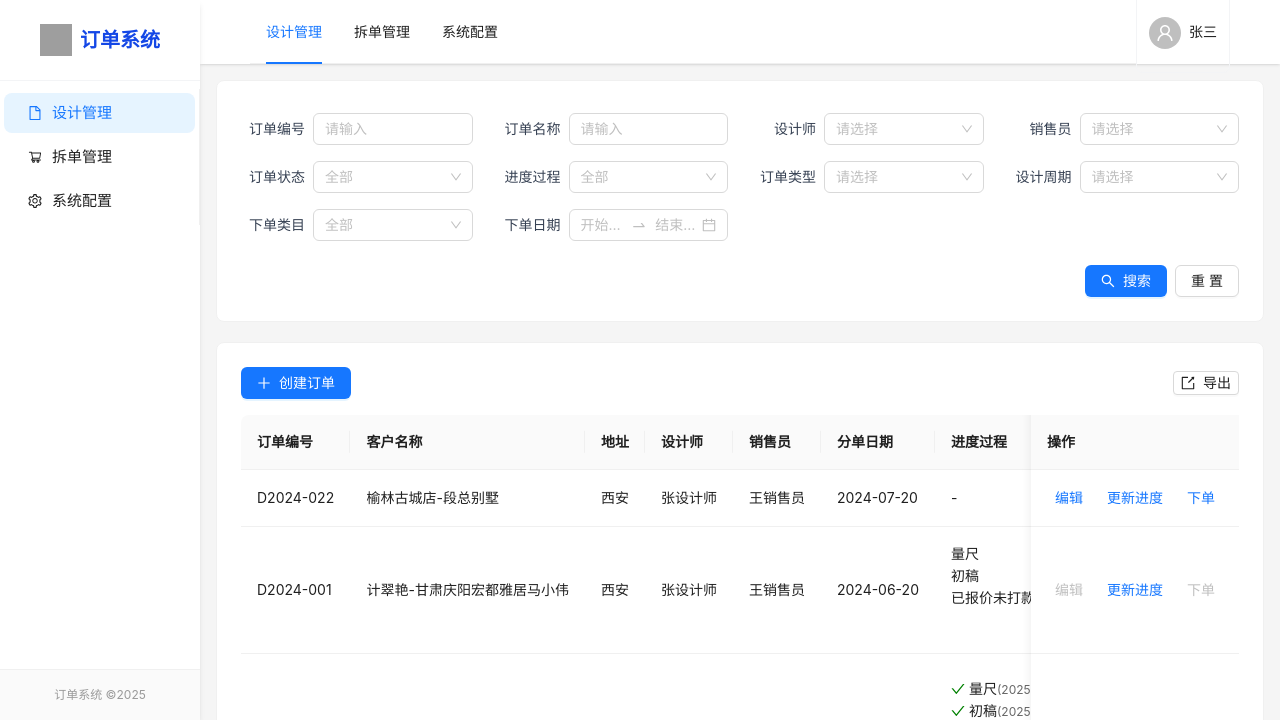
Repository: Garyxiwang/order_system
Page: /design (app in front/)
These files come from the project's save history. The page is drawn as it stood at one moment and after the next save; the edit follows.
The browser window is 1280 px wide. The pictures show the whole page.
Pictures or frames that could not be fetched are drawn as grey boxes. An inner scrolling area shows only its first screen. The project was rebuilt for these pictures with package versions that can differ from the ones it lists, and the page was loaded fresh each time. The framework's server and built-in components were replaced by stand-ins that run in the browser. Also part of the build but not shown: front/next.config.js, front/next.config.ts.

Above is the page before, as saved 2025-08-07 15:16:30.

### front/src/app/layout.tsx
import type { Metadata } from "next";
import { Geist, Geist_Mono } from "next/font/google";
import '@ant-design/v5-patch-for-react-19';
import "./globals.css";

const geistSans = Geist({
  variable: "--font-geist-sans",
  subsets: ["latin"],
});

const geistMono = Geist_Mono({
  variable: "--font-geist-mono",
  subsets: ["latin"],
});

export const metadata: Metadata = {
  title: "订单系统",
  description: "基于Next.js、TypeScript和Ant Design构建的订单系统",
};

import AppLayout from '@/components/layout/AppLayout';

export default function RootLayout({
  children,
}: Readonly<{
  children: React.ReactNode;
}>) {
  return (
    <html lang="zh-CN">
      <body
        className={`${geistSans.variable} ${geistMono.variable} antialiased`}
      >
        <AppLayout>
          {children}
        </AppLayout>
      </body>
    </html>
  );
}

### front/src/app/design/page.tsx
"use client";

import React, { useState, useEffect } from "react";
import {
  Card,
  Table,
  Button,
  Space,
  Input,
  Select,
  Row,
  Col,
  Tag,
  message,
  Modal,
  DatePicker,
} from "antd";
import type { ColumnsType } from "antd/es/table";
import {
  SearchOutlined,
  PlusOutlined,
  ExportOutlined,
  CheckOutlined,
} from "@ant-design/icons";
import CreateOrderModal from "./createOrderModal";
import UpdateProgressModal from "./updateProgressModal";
import ProgressDetailModal from "./progressDetailModal";
import {
  getDesignOrders,
  createDesignOrder,
  updateDesignOrder,
  type DesignOrder,
} from "../../services/designApi";

const { Option } = Select;
const { RangePicker } = DatePicker;

const DesignPage: React.FC = () => {
  const [isModalVisible, setIsModalVisible] = useState(false);
  const [editingRecord, setEditingRecord] = useState<DesignOrder | null>(null);
  const [isProgressModalVisible, setIsProgressModalVisible] = useState(false);
  const [selectedOrderNumber, setSelectedOrderNumber] = useState<string>("");
  const [selectedOrderName, setSelectedOrderName] = useState<string>("");
  const [isDetailModalVisible, setIsDetailModalVisible] = useState(false);
  const [selectedProgressData, setSelectedProgressData] = useState<string[]>(
    []
  );
  const [designData, setDesignData] = useState<DesignOrder[]>([]);
  const [loading, setLoading] = useState(false);

  const showModal = () => {
    setEditingRecord(null);
    setIsModalVisible(true);
  };

  const showEditModal = (record: DesignOrder) => {
    console.log("record", record);
    setEditingRecord(record);
    setIsModalVisible(true);
  };

  // 处理下单操作
  const handlePlaceOrder = (record: DesignOrder) => {
    Modal.confirm({
      title: "确认下单",
      content: `确定要为订单 ${record.orderNumber} 下单吗？`,
      okText: "确认",
      cancelText: "取消",
      onOk: async () => {
        try {
          setLoading(true);
          const response = await updateDesignOrder(record.orderNumber, {
            ...record,
            state: "已下单",
          });

          if (response.code === 200) {
            message.success("下单成功");
            await loadDesignData(); // 重新加载数据
          } else {
            message.error(response.message || "下单失败");
          }
        } catch (error) {
          message.error("下单失败，请稍后重试");
          console.error("下单失败:", error);
        } finally {
          setLoading(false);
        }
      },
    });
  };

  // 显示更新进度弹窗
  const showProgressModal = (record: DesignOrder) => {
    setSelectedOrderNumber(record.orderNumber);
    setSelectedOrderName(record.customerName || "");
    setIsProgressModalVisible(true);
  };

  // 关闭更新进度弹窗
  const handleProgressModalCancel = () => {
    setIsProgressModalVisible(false);
    setSelectedOrderNumber("");
  };

  // 显示进度详情弹窗
  const showDetailModal = (record: DesignOrder) => {
    setSelectedOrderNumber(record.orderNumber);
    setSelectedOrderName(record.customerName || "");
    setSelectedProgressData(record.progress ? record.progress.split(",") : []);
    setIsDetailModalVisible(true);
  };

  // 关闭进度详情弹窗
  const handleDetailModalCancel = () => {
    setIsDetailModalVisible(false);
    setSelectedOrderNumber("");
    setSelectedOrderName("");
    setSelectedProgressData([]);
  };

  const handleOk = async (values: {
    orderNumber: string;
    customerName: string;
    orderAddress: string;
    orderType: string;
    designer: string;
    salesperson: string;
    categories: string[];
    splitDate?: string;
    orderStatus: string;
    progressDetail: string;
    remark?: string;
    finishTime?: string;
  }) => {
    try {
      setLoading(true);

      if (editingRecord) {
        // 编辑模式
        const response = await updateDesignOrder(editingRecord.orderNumber, {
          customerName: values.customerName,
          address: values.orderAddress,
          designer: values.designer,
          salesperson: values.salesperson,
          splitTime: values.splitDate || "",
          category: values.categories.join(","),
          orderType: values.orderType,
          remark: values.remark || "",
        });

        if (response.code === 200) {
          message.success("更新成功");
        } else {
          message.error(response.message || "更新失败");
          return;
        }
      } else {
        // 新增模式
        const response = await createDesignOrder({
          customerName: values.customerName,
          address: values.orderAddress,
          designer: values.designer,
          salesperson: values.salesperson,
          splitTime: values.splitDate || "",
          progress: "",
          category: values.categories.join(","),
          cycle: "0",
          state: "未下单",
          orderType: values.orderType,
          remark: values.remark || "",
        });

        if (response.code === 200) {
          message.success("创建成功");
        } else {
          message.error(response.message || "创建失败");
          return;
        }
      }

      // 重新加载数据
      await loadDesignData();
      setIsModalVisible(false);
      setEditingRecord(null);
    } catch (error) {
      message.error("操作失败，请稍后重试");
      console.error("操作失败:", error);
    } finally {
      setLoading(false);
    }
  };

  const handleCancel = () => {
    setIsModalVisible(false);
    setEditingRecord(null);
  };

  // 加载设计订单数据
  const loadDesignData = async () => {
    try {
      setLoading(true);
      const response = await getDesignOrders();
      if (response.code === 200) {
        setDesignData(response.data);
      } else {
        message.error(response.message || "获取数据失败");
      }
    } catch (error) {
      message.error("获取数据失败，请稍后重试");
      console.error("获取数据失败:", error);
    } finally {
      setLoading(false);
    }
  };

  // 组件挂载时加载数据
  useEffect(() => {
    loadDesignData();
  }, []);

  const columns: ColumnsType<DesignOrder> = [
    {
      title: "订单编号",
      dataIndex: "orderNumber",
      key: "orderNumber",
    },
    {
      title: "客户名称",
      dataIndex: "customerName",
      key: "customerName",
    },
    {
      title: "地址",
      dataIndex: "address",
      key: "customerName",
    },
    {
      title: "设计师",
      dataIndex: "designer",
      key: "designer",
    },
    {
      title: "销售员",
      dataIndex: "salesperson",
      key: "salesperson",
    },
    {
      title: "分单日期",
      dataIndex: "splitTime",
      key: "splitTime",
    },
    {
      title: "进度过程",
      dataIndex: "progress",
      key: "progress",
      width: 200,
      render: (text: string, record: DesignOrder) => {
        if (!text) return "-";
        const items = text
          .split(",")
          .map((item) => item.trim())
          .filter((item) => item);

        const displayItems = items;

        // 解析进度项目，分离状态和时间
        const parseProgressItem = (item: string) => {
          if (item.includes(":")) {
            const [status, time] = item.split(":");
            return { status: status.trim(), time: time.trim() };
          }
          return { status: item, time: null };
        };

        return (
          <div>
            {displayItems.slice(0, 3).map((item, itemIndex) => {
              const { status, time } = parseProgressItem(item);

              return (
                <div key={itemIndex}>
                  {time ? (
                    <span>
                      <CheckOutlined
                        style={{ color: "green", marginRight: "4px" }}
                      />
                      {status}
                      <span style={{ fontSize: "12px", color: "#666" }}>
                        ({time})
                      </span>
                    </span>
                  ) : (
                    <span>{status}</span>
                  )}
                </div>
              );
            })}
            {displayItems.length >= 3 && (
              <div style={{ textAlign: "right", marginTop: "4px" }}>
                <Button
                  type="link"
                  size="small"
                  onClick={() => showDetailModal(record)}
                  style={{ padding: "0 4px", fontSize: "12px" }}
                >
                  详情
                </Button>
              </div>
            )}
          </div>
        );
      },
    },
    {
      title: "下单类目",
      dataIndex: "category",
      key: "category",
    },
    {
      title: "设计周期",
      dataIndex: "cycle",
      key: "cycle",
      render: (text: string) => {
        if (!text) return "-";

        // 提取数字部分
        const match = text.match(/(\d+)/);
        const days = match ? parseInt(match[1]) : 0;

        let color = "#000"; // 默认黑色
        if (days > 50) {
          color = "#ff4d4f"; // 红色 - 大于50天
        } else if (days > 20) {
          color = "#faad14"; // 橙色 - 大于20天
        }

        return <span style={{ color }}>{text} 天</span>;
      },
    },
    {
      title: "订单状态",
      dataIndex: "state",
      key: "state",
      render: (text: string) => {
        if (text === "已下单") {
          return <Tag color="green">{text}</Tag>;
        }
        return text;
      },
    },
    {
      title: "下单日期",
      dataIndex: "finishTime",
      key: "finishTime",
      render: (text: string) => <div>{text || "-"}</div>,
    },
    {
      title: "订单类型",
      dataIndex: "orderType",
      key: "orderType",
    },
    {
      title: "备注",
      dataIndex: "remark",
      key: "remark",
      render: (text: string) => (
        <div
          style={{
            maxWidth: "150px",
            wordWrap: "break-word",
            whiteSpace: "pre-wrap",
          }}
        >
          {text || "-"}
        </div>
      ),
    },
    {
      title: "操作",
      key: "action",
      fixed: "right",
      render: (_: unknown, record: DesignOrder) => (
        <Space>
          <Button
            type="link"
            size="small"
            onClick={() => showEditModal(record)}
            disabled={record.state === "已下单"}
          >
            编辑
          </Button>

          <Button
            type="link"
            size="small"
            onClick={() => showProgressModal(record)}
          >
            更新进度
          </Button>
          <Button
            type="link"
            size="small"
            disabled={record.state === "已下单"}
            onClick={() => handlePlaceOrder(record)}
          >
            下单
          </Button>
        </Space>
      ),
    },
  ];

  return (
    <div className="space-y-6">
      {/* 搜索Card */}
      <Card variant="outlined" style={{ marginBottom: 20 }}>
        <Row gutter={24}>
          <Col span={6} className="py-2">
            <div className="flex items-center gap-2">
              <label className="whitespace-nowrap text-sm font-medium text-gray-700 min-w-16 text-right">
                订单编号
              </label>
              <Input
                placeholder="请输入"
                className="rounded-md border-gray-200 flex-1"
                size="middle"
                allowClear
              />
            </div>
          </Col>
          <Col span={6} className="py-2">
            <div className="flex items-center gap-2">
              <label className="whitespace-nowrap text-sm font-medium text-gray-700 min-w-16 text-right">
                订单名称
              </label>
              <Input
                placeholder="请输入"
                className="rounded-md border-gray-200 flex-1"
                size="middle"
                allowClear
              />
            </div>
          </Col>

          <Col span={6} className="py-2">
            <div className="flex items-center gap-2">
              <label className="whitespace-nowrap text-sm font-medium text-gray-700 min-w-16 text-right">
                设计师
              </label>
              <Select
                placeholder="请选择"
                className="rounded-md flex-1"
                size="middle"
                allowClear
              >
                <Option value="designer1">设计师1</Option>
                <Option value="designer2">设计师2</Option>
              </Select>
            </div>
          </Col>
          <Col span={6} className="py-2">
            <div className="flex items-center gap-2">
              <label className="whitespace-nowrap text-sm font-medium text-gray-700 min-w-16 text-right">
                销售员
              </label>
              <Select
                placeholder="请选择"
                className="rounded-md flex-1"
                size="middle"
                allowClear
              >
                <Option value="1">销售员1</Option>
                <Option value="2">销售员2</Option>
                <Option value="3">销售员3</Option>
              </Select>
            </div>
          </Col>
          <Col span={6} className="py-2">
            <div className="flex items-center gap-2">
              <label className="whitespace-nowrap text-sm font-medium text-gray-700 min-w-16 text-right">
                订单状态
              </label>
              <Select
                placeholder="全部"
                className="rounded-md flex-1"
                size="middle"
                allowClear
              >
                <Option value="进行中">进行中</Option>
                <Option value="延期">延期</Option>
                <Option value="暂停">暂停</Option>
                <Option value="已完成">已完成</Option>
                <Option value="等硬装">等硬装</Option>
                <Option value="客户待打款">客户待打款</Option>
                <Option value="待客户确认">待客户确认</Option>
                <Option value="其他">其他</Option>
              </Select>
            </div>
          </Col>
          <Col span={6} className="py-2">
            <div className="flex items-center gap-2">
              <label className="whitespace-nowrap text-sm font-medium text-gray-700 min-w-16 text-right">
                进度过程
              </label>
              <Select
                placeholder="全部"
                className="rounded-md flex-1"
                size="middle"
                allowClear
              >
                <Option value="量尺">量尺</Option>
                <Option value="初稿">初稿</Option>
                <Option value="已报价未打款">已报价未打款</Option>
                <Option value="已打款">已打款</Option>
                <Option value="已下单">已下单</Option>
                <Option value="其他">其他</Option>
              </Select>
            </div>
          </Col>
          <Col span={6} className="py-2">
            <div className="flex items-center gap-2">
              <label className="whitespace-nowrap text-sm font-medium text-gray-700 min-w-16 text-right">
                订单类型
              </label>
              <Select
                placeholder="请选择"
                className="rounded-md flex-1"
                size="middle"
                allowClear
              >
                <Option value="design">设计单</Option>
                <Option value="development">经销商订单</Option>
              </Select>
            </div>
          </Col>
          <Col span={6} className="py-2">
            <div className="flex items-center gap-2">
              <label className="whitespace-nowrap text-sm font-medium text-gray-700 min-w-16 text-right">
                设计周期
              </label>
              <Select
                placeholder="请选择"
                className="rounded-md flex-1"
                size="middle"
                allowClear
              >
                <Option value="小于20天">小于20天</Option>
                <Option value="大于20天">大于20天</Option>
                <Option value="大于50天">大于50天</Option>
              </Select>
            </div>
          </Col>
        </Row>

        <Row gutter={24}>
          <Col span={6} className="py-2">
            <div className="flex items-center gap-2">
              <label className="whitespace-nowrap text-sm font-medium text-gray-700 min-w-16 text-right">
                下单类目
              </label>
              <Select
                placeholder="全部"
                className="rounded-md flex-1"
                size="middle"
                allowClear
              >
                <Option value="designing">木门</Option>
                <Option value="reviewing">柜体</Option>
                <Option value="completed">石材</Option>
                <Option value="completed">板材</Option>
                <Option value="completed">铝合金门</Option>
              </Select>
            </div>
          </Col>
          <Col span={6} className="py-2">
            <div className="flex items-center gap-2">
              <label className="whitespace-nowrap text-sm font-medium text-gray-700 min-w-16 text-right">
                下单日期
              </label>
              <RangePicker
                placeholder={["开始日期", "结束日期"]}
                className="rounded-md flex-1"
                size="middle"
                allowClear
              />
            </div>
          </Col>
        </Row>

        <Row className="mt-4">
          <Col span={24} className="text-right">
            <Space>
              <Button
                type="primary"
                icon={<SearchOutlined />}
                size="middle"
                className="bg-blue-600 hover:bg-blue-700"
              >
                搜索
              </Button>
              <Button
                size="middle"
                className="border-gray-300 hover:border-blue-500"
              >
                重置
              </Button>
            </Space>
          </Col>
        </Row>
      </Card>

      {/* 内容Card */}
      <Card variant="outlined">
        {/* 新增按钮 */}
        <div className="flex justify-between items-center mb-4">
          <Button
            type="primary"
            icon={<PlusOutlined />}
            className="bg-blue-600 hover:bg-blue-700"
            onClick={showModal}
          >
            创建订单
          </Button>
          <Button
            icon={<ExportOutlined />}
            size="small"
            className="border-gray-300 hover:border-blue-500"
          >
            导出
          </Button>
        </div>

        {/* 表格区域 */}
        <Table
          columns={columns}
          dataSource={designData}
          loading={loading}
          bordered={false}
          pagination={{ pageSize: 10 }}
          rowClassName="hover:bg-blue-50"
          rowKey={(record) => record.orderNumber}
          scroll={{ x: "max-content" }}
        />
      </Card>

      {/* 新增订单Modal */}
      <CreateOrderModal
        visible={isModalVisible}
        onOk={handleOk}
        onCancel={handleCancel}
        initialValues={
          editingRecord
            ? {
                orderNumber: editingRecord.orderNumber as string,
                customerName: editingRecord.customerName as string,
                orderAddress: editingRecord.address as string,
                orderType: editingRecord.orderType as string,
                designer: editingRecord.designer as string,
                salesperson: editingRecord.salesperson as string,
                splitDate: editingRecord.splitTime as string,
                orderStatus: editingRecord.state as string,
                categories:
                  (editingRecord.category as string)?.split(",") || [],
                remark: editingRecord.remark as string,
              }
            : undefined
        }
      />

      {/* 更新进度Modal */}
      <UpdateProgressModal
        visible={isProgressModalVisible}
        onCancel={handleProgressModalCancel}
        orderNumber={selectedOrderNumber}
      />

      {/* 进度详情Modal */}
      <ProgressDetailModal
        visible={isDetailModalVisible}
        onCancel={handleDetailModalCancel}
        orderNumber={selectedOrderNumber}
        orderName={selectedOrderName}
        progressData={selectedProgressData}
      />
    </div>
  );
};

export default DesignPage;

Loaded but not shown: front/src/app/design/createOrderModal.tsx (239 lines, source omitted); front/src/components/layout/AppLayout.tsx (203 lines, source omitted); front/src/app/design/updateProgressModal.tsx (266 lines, source omitted); front/src/services/designApi.ts (181 lines, source omitted); front/src/app/design/progressDetailModal.tsx (129 lines, source omitted); front/src/components/layout/SideMenu.tsx (49 lines, source omitted); front/src/components/AntdRegistry.tsx (27 lines, source omitted); front/src/app/globals.css (27 lines, source omitted)

After the next save:
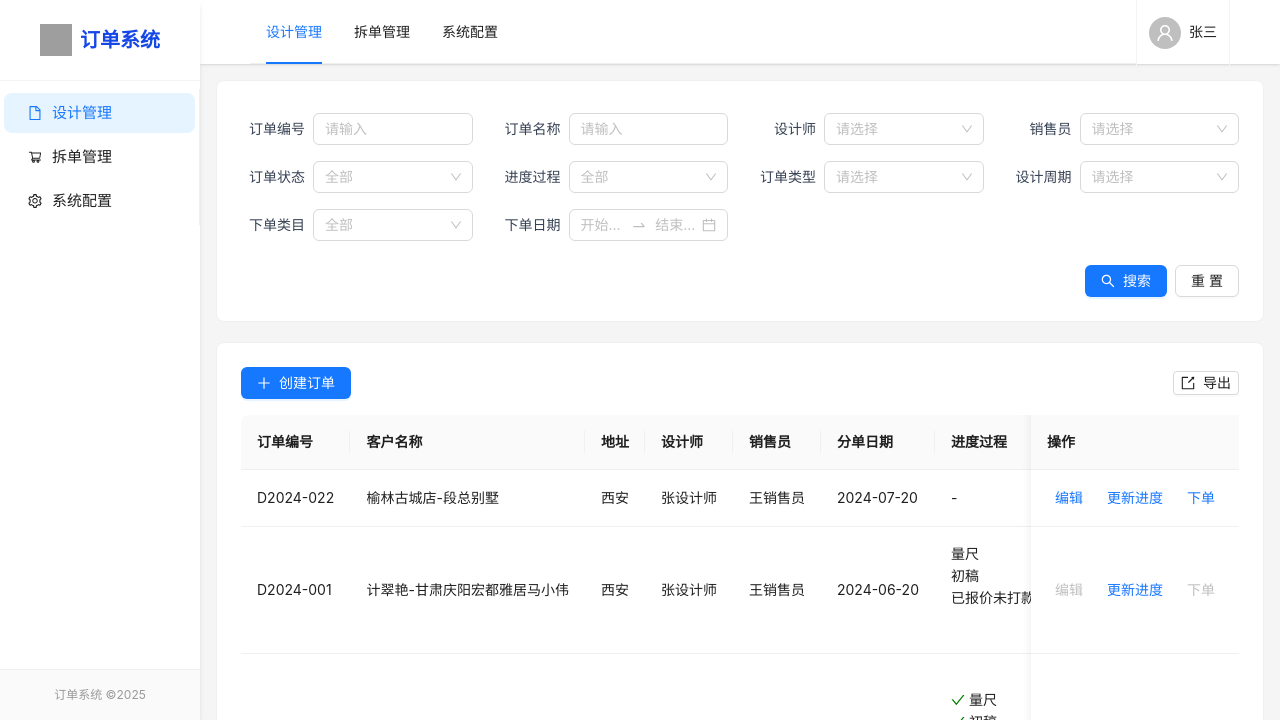
Saved 20 s later.
--- a/front/src/app/design/page.tsx
+++ b/front/src/app/design/page.tsx
@@ -286,9 +286,7 @@
                         style={{ color: "green", marginRight: "4px" }}
                       />
                       {status}
-                      <span style={{ fontSize: "12px", color: "#666" }}>
-                        ({time})
-                      </span>
+
                     </span>
                   ) : (
                     <span>{status}</span>

After the save that followed:
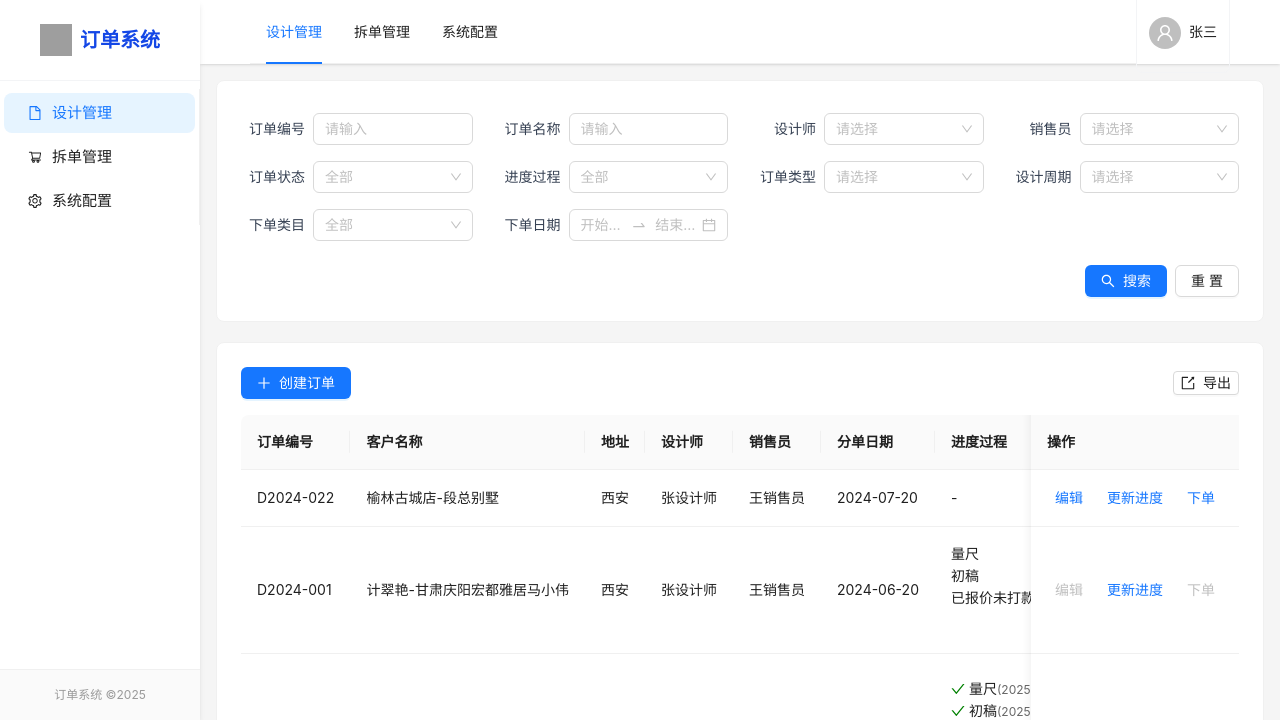
Saved 13 s later.
--- a/front/src/app/design/page.tsx
+++ b/front/src/app/design/page.tsx
@@ -286,7 +286,9 @@
                         style={{ color: "green", marginRight: "4px" }}
                       />
                       {status}
-
+                      <span style={{ fontSize: "12px", color: "#666" }}>
+                        ({time})
+                      </span>
                     </span>
                   ) : (
                     <span>{status}</span>
